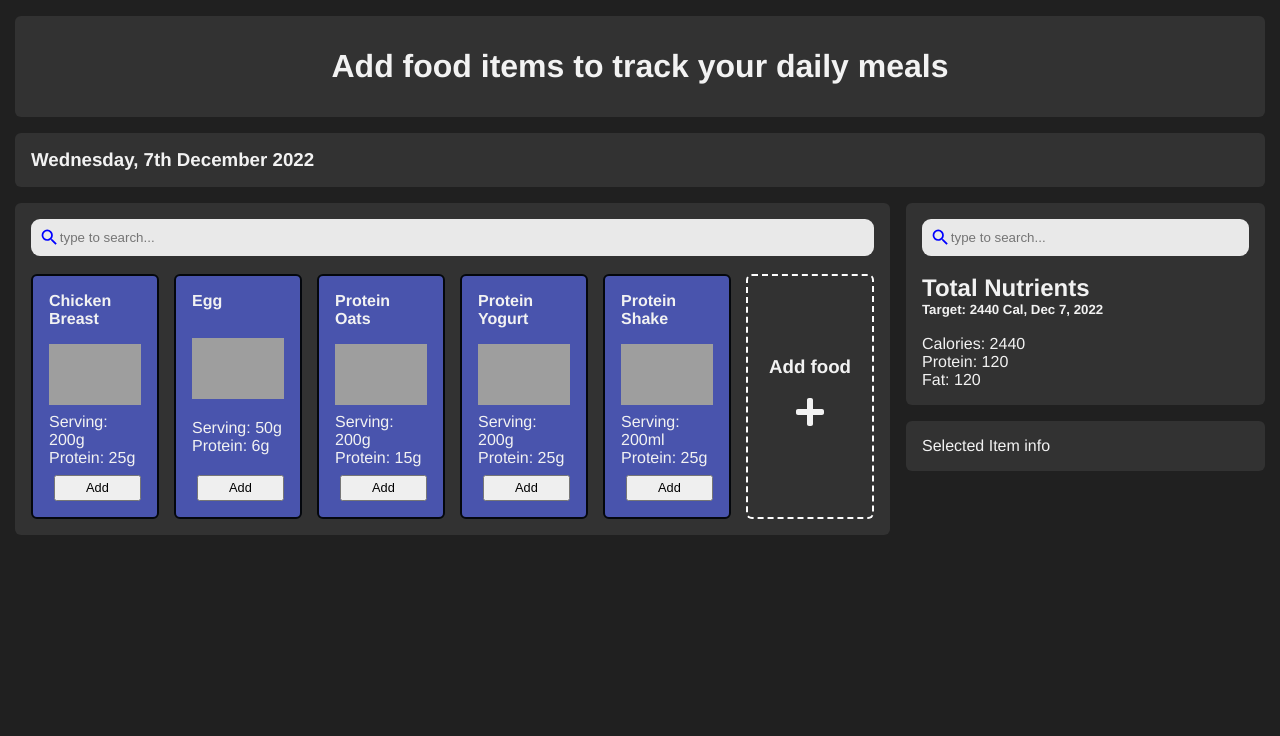
Repository: CEEPREL/NutritionTracker
Page: /
An editor plug-in stored every save of this project. The page is shown before and after a run of saves, followed by the edit.
The browser window is 1280 px wide. The pictures show the whole page.
Pictures or frames that could not be fetched are drawn as grey boxes. The project was rebuilt for these pictures with package versions that can differ from the ones it lists, and the page was loaded fresh each time. Also part of the build but not shown: vite.config.js.

Above is the page before, as saved 2022-12-08 22:03:15.

### public/index.html
<!DOCTYPE html>
<html lang="en">

<head>
  <meta charset="utf-8" />
  <link rel="icon" href="%PUBLIC_URL%/favicon.ico" />
  <meta name="viewport" content="width=device-width, initial-scale=1" />
  <meta name="theme-color" content="#000000" />
  <meta name="description" content="Web site created using create-react-app" />
  <link rel="apple-touch-icon" href="%PUBLIC_URL%/logo192.png" />
  <!--
      manifest.json provides metadata used when your web app is installed on a
      user's mobile device or desktop. See https://developers.google.com/web/fundamentals/web-app-manifest/
    -->
  <link rel="manifest" href="%PUBLIC_URL%/manifest.json" />
  <!--
      Notice the use of %PUBLIC_URL% in the tags above.
      It will be replaced with the URL of the `public` folder during the build.
      Only files inside the `public` folder can be referenced from the HTML.

      Unlike "/favicon.ico" or "favicon.ico", "%PUBLIC_URL%/favicon.ico" will
      work correctly both with client-side routing and a non-root public URL.
      Learn how to configure a non-root public URL by running `npm run build`.
    -->
  <title>React App</title>
  <!-- CSS only
  <link href="https://cdn.jsdelivr.net/npm/bootstrap@5.2.3/dist/css/bootstrap.min.css" rel="stylesheet"
    integrity="sha384-rbsA2VBKQhggwzxH7pPCaAqO46MgnOM80zW1RWuH61DGLwZJEdK2Kadq2F9CUG65" crossorigin="anonymous"> -->

</head>

<body>
  <noscript>You need to enable JavaScript to run this app.</noscript>
  <div id="root"></div>

  <!-- JavaScript Bundle with Popper -->
  <!-- <script src="https://cdn.jsdelivr.net/npm/bootstrap@5.2.3/dist/js/bootstrap.bundle.min.js"
    integrity="sha384-kenU1KFdBIe4zVF0s0G1M5b4hcpxyD9F7jL+jjXkk+Q2h455rYXK/7HAuoJl+0I4"
    crossorigin="anonymous"></script> -->

</body>

</html>

### src/App.js
/* eslint-disable jsx-a11y/img-redundant-alt */
import React, { useState, useEffect } from 'react';
import './App.css';
import './styles/searchFood.css';
import data from './data';

import CalculateNutrients from './components/CalculateNutrients';
import FoodList from './components/FoodList';
import Header from './components/Header';

const App = () => {

  //   const [foods, setFoods] = useState([
  //     {
  //         name: "Chicken Breast",
  //         size: "200g",
  //         protein: "25g",
  //         category: "lunch"
  //     }, {
  //         name: "Egg",
  //         size: "50g",
  //         protein: "6g",
  //         category: "breakfast"
  //     }, {
  //         name: "Protein Oats",
  //         size: "200g",
  //         protein: "15g",
  //         category: "breakfast"
  //     }, {
  //         name: "Protein Yogurt",
  //         size: "200g",
  //         protein: "25g",
  //         category: "breakfast"
  //     }, {
  //         name: "Protein Shake",
  //         size: "200ml",
  //         protein: "25g",
  //         category: "lunch"
  //     }
  //  ]);

  const { food_data } = data;
  return (
    <div className="container">
      <Header />

      <div className="wrapper-card">
        <h3>Wednesday, 7th December 2022</h3>
      </div>

      <div className="row">

        <div className="col-left">
          <div className="wrapper-card">
            <FoodList food_data={food_data} />
          </div>
        </div>

        <div className="col-right">
          <div className="wrapper-card">
            <CalculateNutrients />
          </div>

          <div className="wrapper-card">
            Selected Item info
          </div>

        </div>

      </div>

    </div>
  );
}



export default App;

### src/App.css
* {
  margin: 0;
  padding: 0;
  box-sizing: border-box;
}

code {
  font-family: source-code-pro, Menlo, Monaco, Consolas, 'Courier New',
    monospace;
}

body {
  font-family: 'Helvetica', BlinkMacSystemFont, 'Segoe UI', 'Roboto', 'Oxygen',
    'Ubuntu', 'Cantarell', 'Fira Sans', 'Droid Sans', 'Helvetica Neue',
    sans-serif;
  -webkit-font-smoothing: antialiased;
  -moz-osx-font-smoothing: grayscale;
  background: #202020;
  color: #F2F2F2;
}

.container {
  max-width: 1400px;
  justify-content: center;
  align-items: center;
  margin-left: auto;
  margin-right: auto;
  margin-top: 1rem;
  padding-right: 15px;
  padding-left: 15px;
  min-height: 100vh;
}

.header {
  padding: 2rem;
  background-color:  #323232;
  display: flex;
  flex-direction: column;
  align-items: center;
  justify-content: center;
  margin-bottom: 1rem;
  border-radius: 6px;
}

.col-left{
  float: left;
  width: 70%;
}

.col-right{
  float: left;
  width: 30%;
  padding-left: 1rem;
}

.wrapper-card {
  background-color: #323232;
  padding: 1rem;
  border-radius: 6px;
  margin-bottom: 1rem;
}

.foodList {
  display: flex;
  flex-wrap: wrap;
  gap:15px;

  /* display: grid;
  grid-gap: 1rem;
  grid-template-columns: repeat(auto-fill, minmax(180px, 1fr)); */
}

.food-card {
  min-height:7rem;
  min-width:8rem;

  border-radius: 6px;
  background-color: #4954ad;
  border: 2px solid rgb(4, 7, 12);
  padding: 1rem;

  display: flex;
  flex-direction: column;
  align-items: left;
  justify-content: space-between;
  flex: 1;
  cursor: pointer;

}

.food-name {
  margin-bottom: 1rem;
}

.food-nutrients {
  padding-top: 0.5rem;
  padding-bottom: 0.5rem;
}

.add-btn {
  font-size: 0.8rem;
  padding: 0.2rem;
  margin-left: 0.3rem;
}
.new-card {
  min-height:140px;
  min-width:  8rem;
  border-radius: 6px;
  border: 2px dashed rgb(255, 255, 255);
  padding: 1rem;

  display: flex;
  flex-direction: column;
  align-items: center;
  justify-content: center;
  flex: 1;
  cursor: pointer;
}



@media screen and (max-width: 960px) {
  .col-left, .col-right {
    width: 100%;
    padding: 0;
  }
}


/* Clear floats after the columns
.row:after {
  content: "";
  display: table;
  clear: both;
} */

### src/styles/searchFood.css
.searchFood {
    padding: 0.5rem;
    background-color:  #323232;
    display: flex;
    align-items: center;
    background-color: rgb(233,233,233);
    border-radius: 9px;

  }
  .searchFood input {
    border: none;
    background-color: rgb(233,233,233);

  }

  .searchFood input:focus {
    outline: none;
  }

### src/data.js

const data = {

    food_data: [
        {
            id: '1',
            name: "Chicken Breast",
            size: "200g",
            protein: "25g",
            category: "lunch",
            image: 'https://picsum.photos/id/190/2400/1600/'
        }, {
            id: '2',
            name: "Egg",
            size: "50g",
            protein: "6g",
            category: "breakfast",
            image: 'https://picsum.photos/id/170/2400/1600/'
        }, {
            id: '3',
            name: "Protein Oats",
            size: "200g",
            protein: "15g",
            category: "breakfast",
            image: 'https://picsum.photos/id/180/2400/1600/'
        }, {
            id: '4',
            name: "Protein Yogurt",
            size: "200g",
            protein: "25g",
            category: "breakfast",
            image: 'https://picsum.photos/id/170/2400/1600/'
        }, {
            id: '5',
            name: "Protein Shake",
            size: "200ml",
            protein: "25g",
            category: "lunch",
            image: 'https://picsum.photos/id/130/2400/1600/'
        }
    ],
};

export default data;

### src/components/CalculateNutrients.js
import React from 'react'
import SearchFood from './SearchFood'

function CalculateNutrients() {
  return (
    <div className="calculateNutrients">
      <SearchFood/>
      <br></br>
      <h2>Total Nutrients</h2>
      <h5>Target: 2440 Cal, Dec 7, 2022</h5>
      <br></br>
      <p>Calories: 2440</p>
      <p>Protein: 120</p>
      <p>Fat: 120</p>
    </div>
  )
}

export default CalculateNutrients

### src/components/FoodList.js
import { FaPlus } from 'react-icons/fa';
import Food from './Food';
import SearchFood from './SearchFood';

const FoodList = ({ food_data }) => {
    return (
        <div>
            <SearchFood />
            <br></br>

            <div className="foodList">
                {food_data.map((food) =>
                    <Food
                        key={food.id}
                        name={food.name}
                        size={food.size}
                        protein={food.protein}
                        image={food.image}
                    />
                )}

                {/*
                <Food name="Salad" serving="300g" protein="4g" />
                <Food name="Chicken" serving="500g" protein="21g" />
                <Food name="Peanut Butter" serving="30g" protein="6g" />
                <Food name="Peanut Butter" serving="30g" protein="6g" />
                <Food name="Peanut Butter" serving="30g" protein="6g" />
                <Food />
                */}
                <div className="new-card">
                    <h3>Add food </h3><br></br>
                    <h1><FaPlus /></h1>

                </div>
            </div>
        </div>

    )
}

export default FoodList

### src/components/Header.js
import React from 'react'
import SearchFood from './SearchFood'

function Header(props) {
    return (

        <div className="header">
            <h1>Add food items to track your daily meals</h1>
        </div>

    )
}

export default Header

### src/components/SearchFood.js
import React from 'react'
import { MdSearch } from 'react-icons/md'

function SearchFood() {
    return (
        <div className="searchFood">
            <MdSearch className="search-icons" size="1.3em" color="blue"/>
            <input
                // onChange={(event) => handleSearchNote(event.target.value)}
                type="text"
                placeholder="type to search...">

            </input>
        </div>
    )
}

export default SearchFood

### src/components/Food.js
import React from 'react'

const Food = ({ id, name, size, protein, image }) => {
    return (
        <div className="food-card">
            <div className="food-name">
                <h4 ><strong>{name}</strong></h4>
            </div>

            <img className="small" src={image} alt={name}></img>

            <div className="food-nutrients">
                <p>Serving: {size}</p>
                <p>Protein: {protein}</p>
            </div>
            <button className="add-btn">Add</button>

        </div>
    )
}

Food.defaultProps = {
    name: "Enter Food",
    serving: "0g",
    protein: "0g"
}

export default Food

Loaded but not shown: src/index.js (common file)

After the next 3 saves:
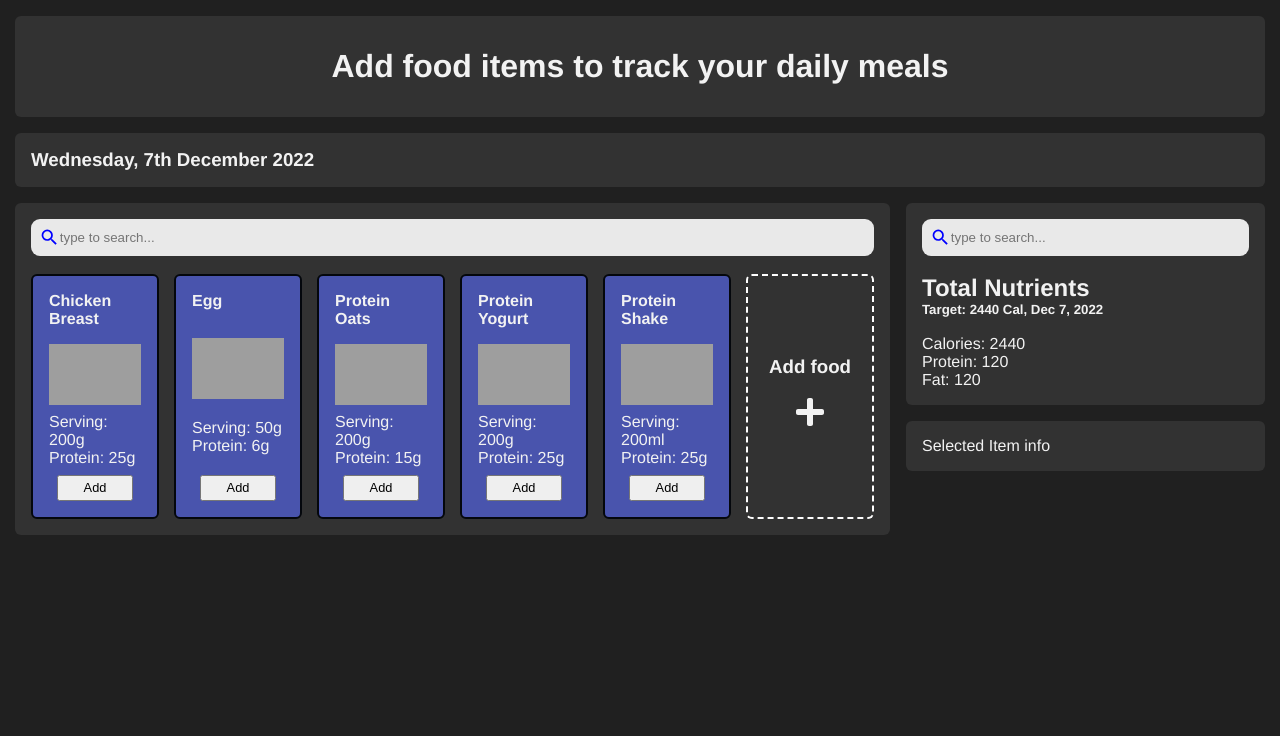
The 3 saves are shown as one change because they came seconds apart.
The last was saved 8 s later.
--- a/src/App.css
+++ b/src/App.css
@@ -100,7 +100,8 @@ body {
 .add-btn {
   font-size: 0.8rem;
   padding: 0.2rem;
-  margin-left: 0.3rem;
+  margin-left: 0.5rem;
+  margin-right: 0.5rem;
 }
 .new-card {
   min-height:140px;
